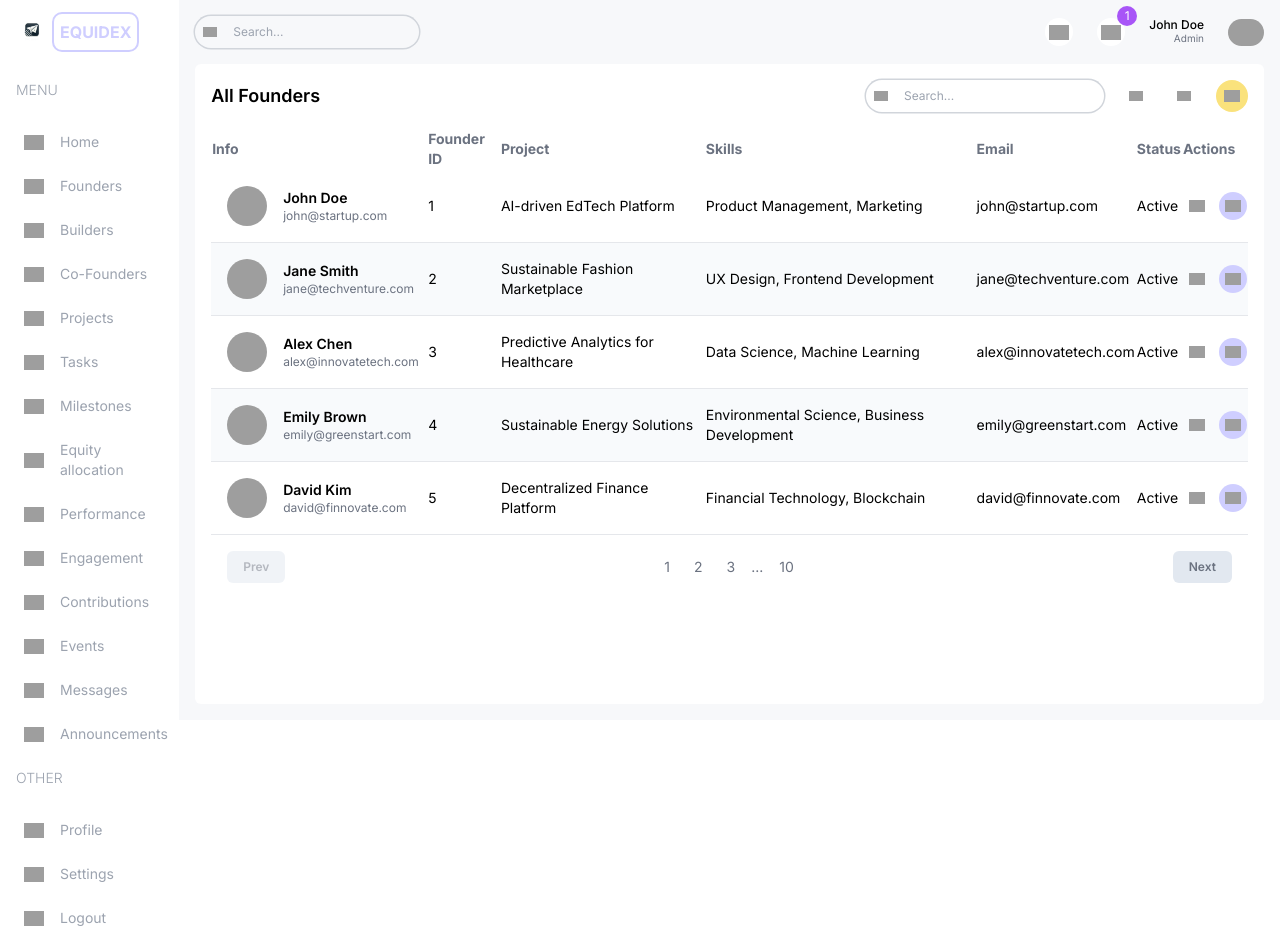
Repository: MikeeBuilds/equidex
Page: /list/founders
An editor plug-in stored every save of this project. The page is shown before and after the next save, followed by the edit.
The browser window is 1280 px wide. The pictures show the whole page.
Pictures or frames that could not be fetched are drawn as grey boxes. The project was rebuilt for these pictures with package versions that can differ from the ones it lists, and the page was loaded fresh each time. The framework's server and built-in components were replaced by stand-ins that run in the browser. Also part of the build but not shown: next.config.mjs.

Above is the page before, as saved 2024-09-25 15:39:59.

After the next save:
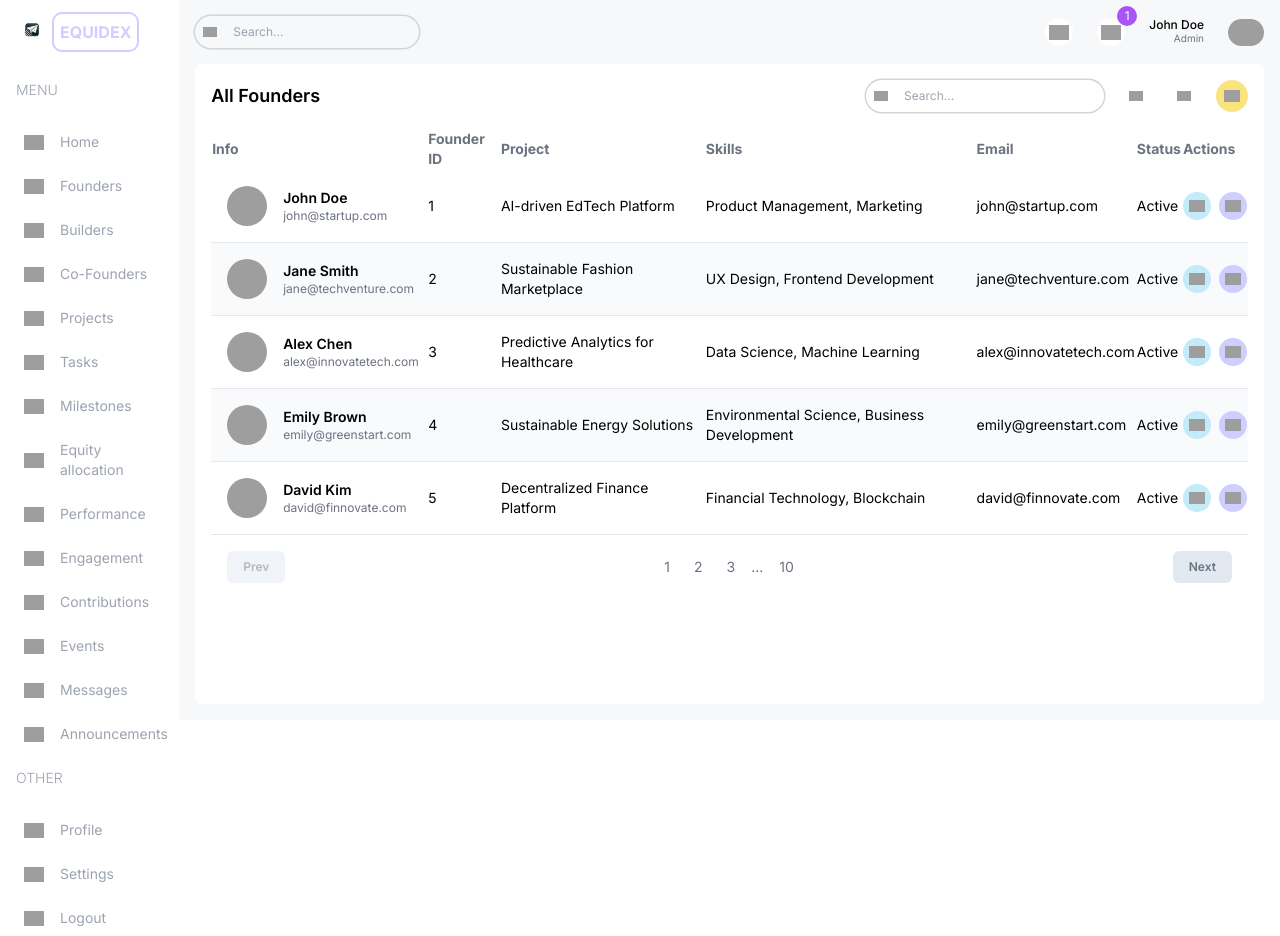
Saved 49 s later.
--- a/src/app/(dashboard)/list/founders/page.tsx
+++ b/src/app/(dashboard)/list/founders/page.tsx
@@ -83,7 +83,7 @@ const FounderListPage = () => {
       <td>
         <div className="flex items-center gap-2">
           <Link href={`/list/founders/${item.id}`}>
-            <button className="w-7 h-7 flex items-center justify-center rounded-full bg-lamaSky">
+            <button className="w-7 h-7 flex items-center justify-center rounded-full bg-dexSky">
               <Image src="/view.png" alt="" width={16} height={16} />
             </button>
           </Link>
